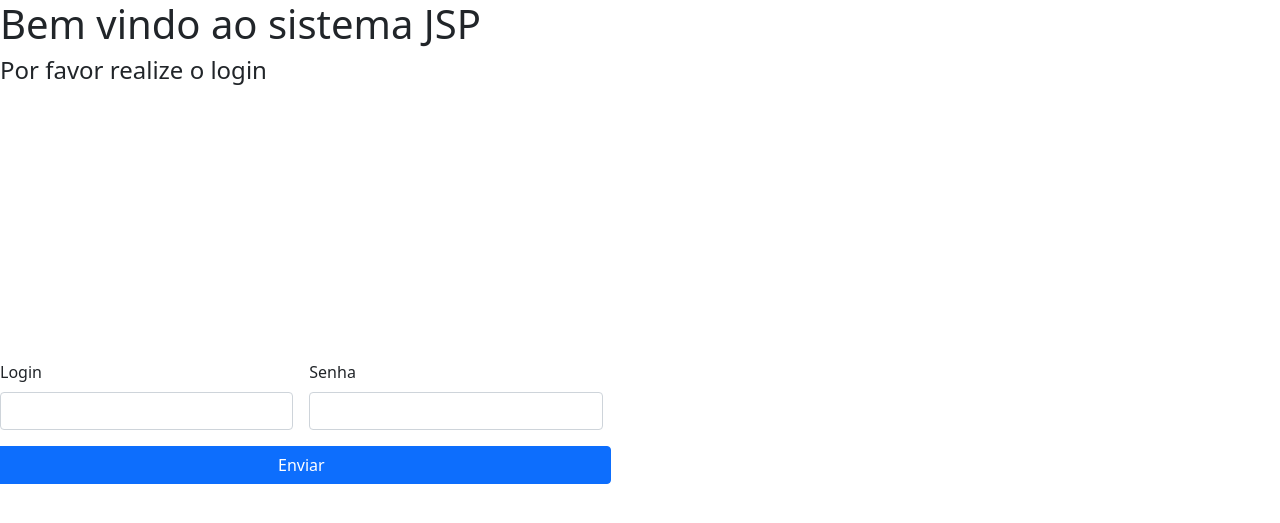
Repository: EduCarmo/PROJETO_JAVA-JSP_JDBC_SQL_JAVA
Page: http://localhost/curso-jsp/principal/navbar.jsp
An editor plug-in stored every save of this project. The page is shown before and after the next save, followed by the edit.
The browser window is 1280 px wide. The pictures show the whole page.
The page is served by Tomcat 10.

Above is the page before, as saved 2024-03-13 21:58:45.

After the next save:
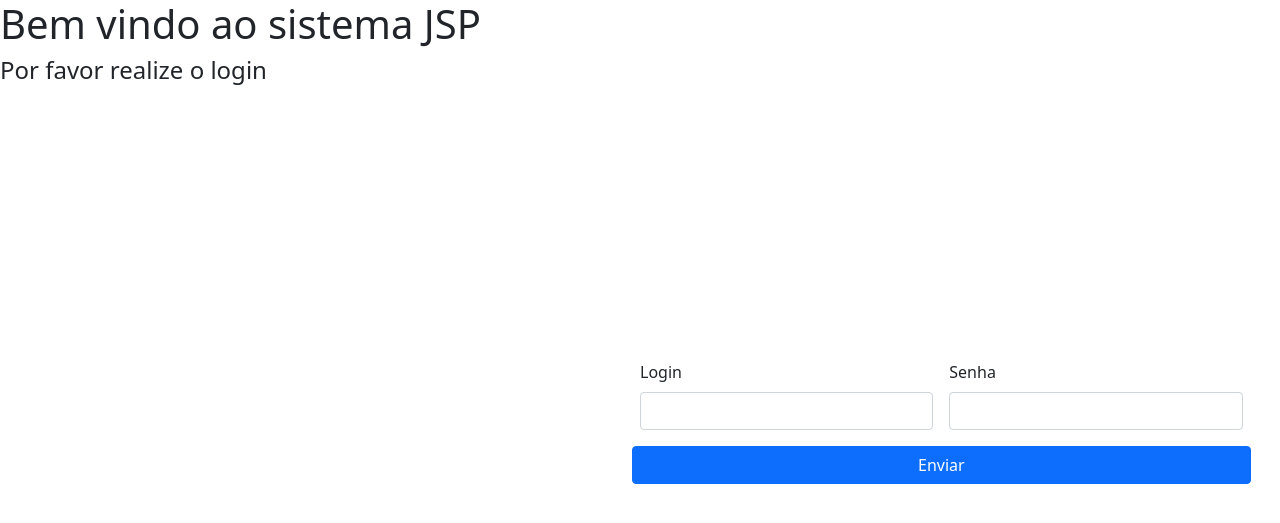
Saved 9 s later.
--- a/curso-jsp/src/main/webapp/index.jsp
+++ b/curso-jsp/src/main/webapp/index.jsp
@@ -19,6 +19,8 @@
 form{
 	position: absolute;
 	top: 50%;
+	left: 50%;
+
 }
 
 </style>
